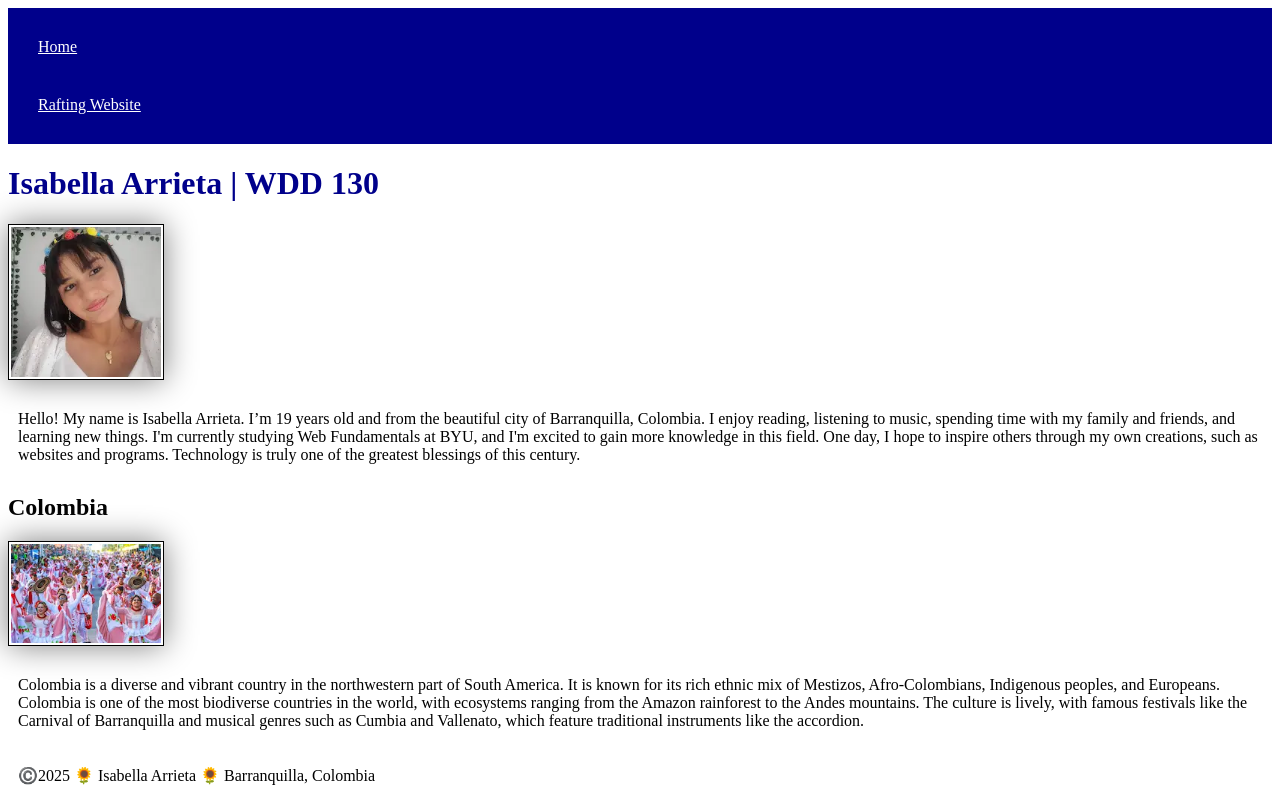
Repository: isaAJ05/wdd130
Page: index.html
An editor plug-in stored every save of this project. The page is shown before and after the next save, followed by the edit.
The browser window is 1280 px wide. The pictures show the whole page.

Above is the page before, as saved 2025-05-15 12:40:33.

After the next save:
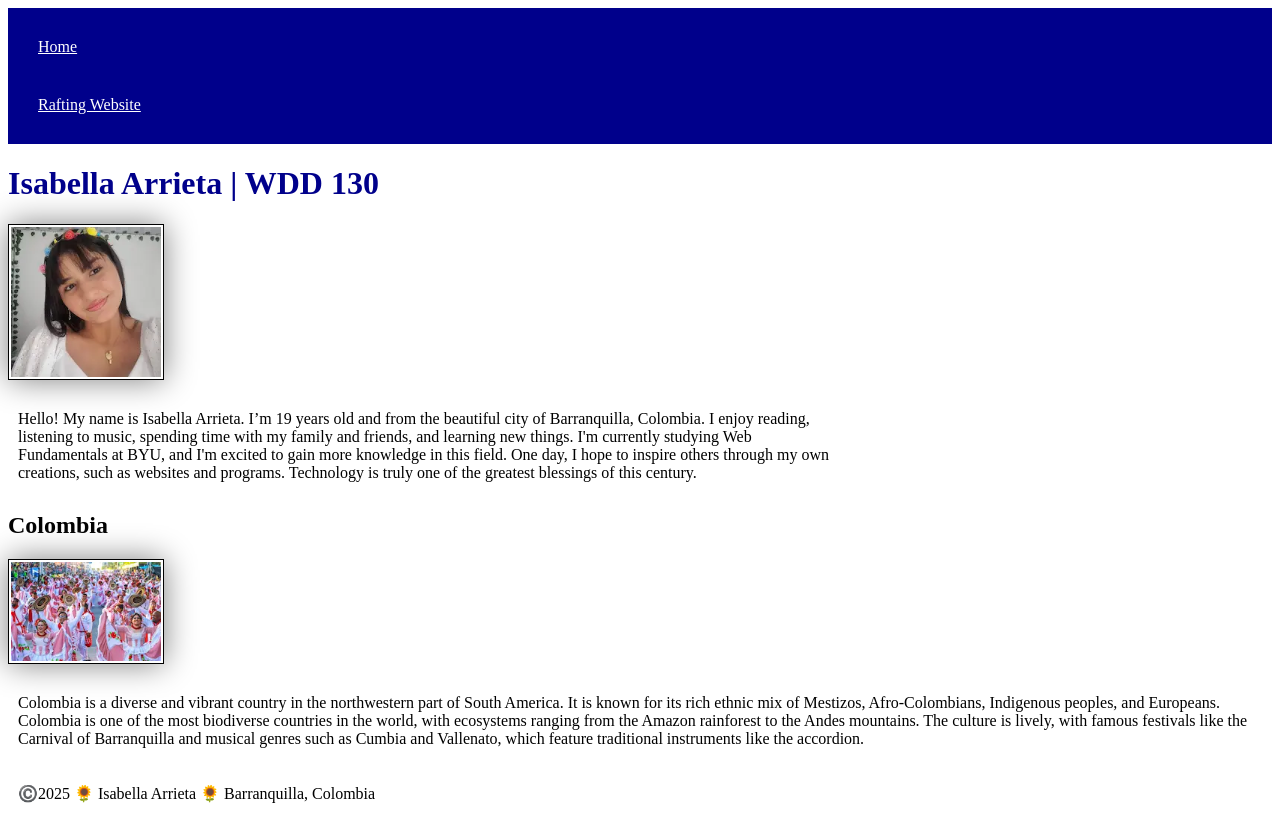
Saved 4 s later.
--- a/styles/styles.css
+++ b/styles/styles.css
@@ -26,5 +26,5 @@ p {
 }
 
 main{
-    max-width: ;
+    max-width: 840px;
 }
